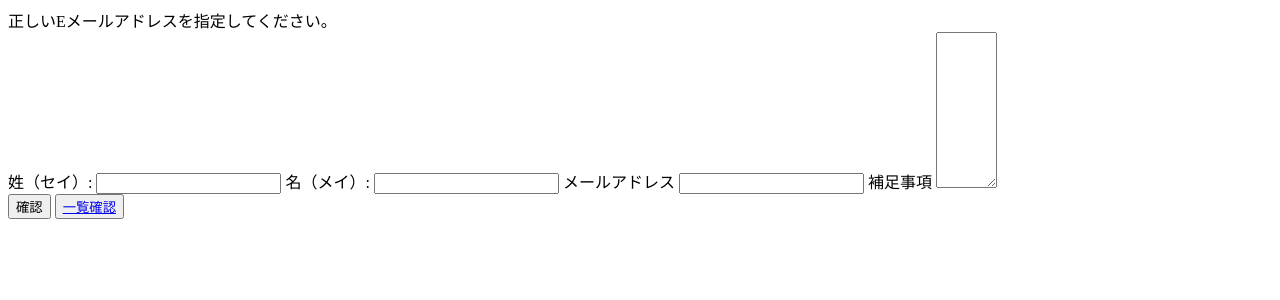
Repository: yoshiryoryo/phpform2
Page: http://localhost/validate.php
These files come from the project's save history. The page is drawn as it stood at one moment and after the next save; the edit follows.
The browser window is 1280 px wide. The pictures show the whole page.
The page is run by PHP 8.4 with error messages shown; the project is at /var/www/html/.

Above is the page before, as saved 2021-03-05 12:14:24.

### validate.php
<?php
// セッションIDは個人を識別するために必要なID
session_start();
function generateToken()
{
    // セキュリティ上他者からの予測を困難にするため、乱数を設定する
    $bytes = openssl_random_pseudo_bytes(16);
    return bin2hex($bytes);
}
$token = generateToken();
$_SESSION['token'] = $token;

// バリデーション
// 使用する変数を初期化
$sei = '';
$mei = '';
$email = '';
$text = '';

// エラー内容
$errorssei1 = '';
$errorssei2 = '';


// 姓（セイ）の場合
if(empty($sei)){
    $errorssei1 = '姓（セイ）は必須項目です。';
  } elseif (preg_match("/^[ァ-ヶー]+$/u", $sei)) {
    $errorssei2 =  '全角カナで入力してください。';
  }

// 名（メイ）の場合
if(empty($mei)){
    $errorsmei1 =  '名（セイ）は必須項目です。';
  } elseif (preg_match("/^[ァ-ヶー]+$/u", $mei)) {
    $errorsmei2 =  '全角カナで入力してください。';
  }

// メールアドレスの場合
if(!filter_var($email, FILTER_VALIDATE_EMAIL)){
  echo '正しいEメールアドレスを指定してください。';
}
?>

<!DOCTYPE html>
<html lang="ja">
<head>
    <meta charset="UTF-8">
    <meta http-equiv="X-UA-Compatible" content="IE=edge">
    <meta name="viewport" content="width=device-width, initial-scale=1.0">
    <title>Document</title>
</head>
<body>
    <form action="confirm.php" method="get">
      <div>
        <tr>
            <th>姓（セイ）:</th>
            <td><input type="text" name="sei"></td>
        </tr>
        <tr>
            <th>名（メイ）:</th>
            <td><input type="text" name="mei"></td>
        </tr>
        <tr>
            <th>メールアドレス</th>
            <td><input type="text" name="email"></td>
        </tr>
        <tr>
            <th>補足事項</th>
            <td><textarea name="text" id="" cols="5" rows="10"></textarea></td>
        </tr>
      </div>
      <button type="submit" name="confirm" value="send">確認</button>
      <button><a href="member.php">一覧確認</a></button>
    </form>
</body>
</html>

After the next save:
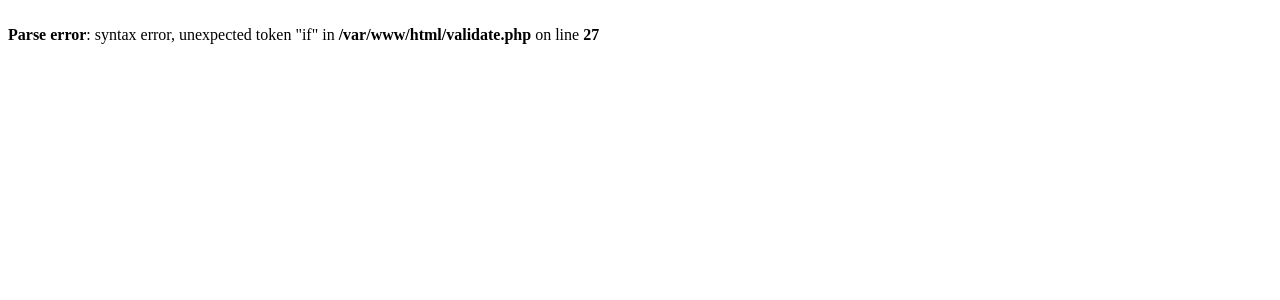
Saved 7 s later.
--- a/validate.php
+++ b/validate.php
@@ -20,6 +20,7 @@ $text = '';
 // エラー内容
 $errorssei1 = '';
 $errorssei2 = '';
+$erro
 
 
 // 姓（セイ）の場合
